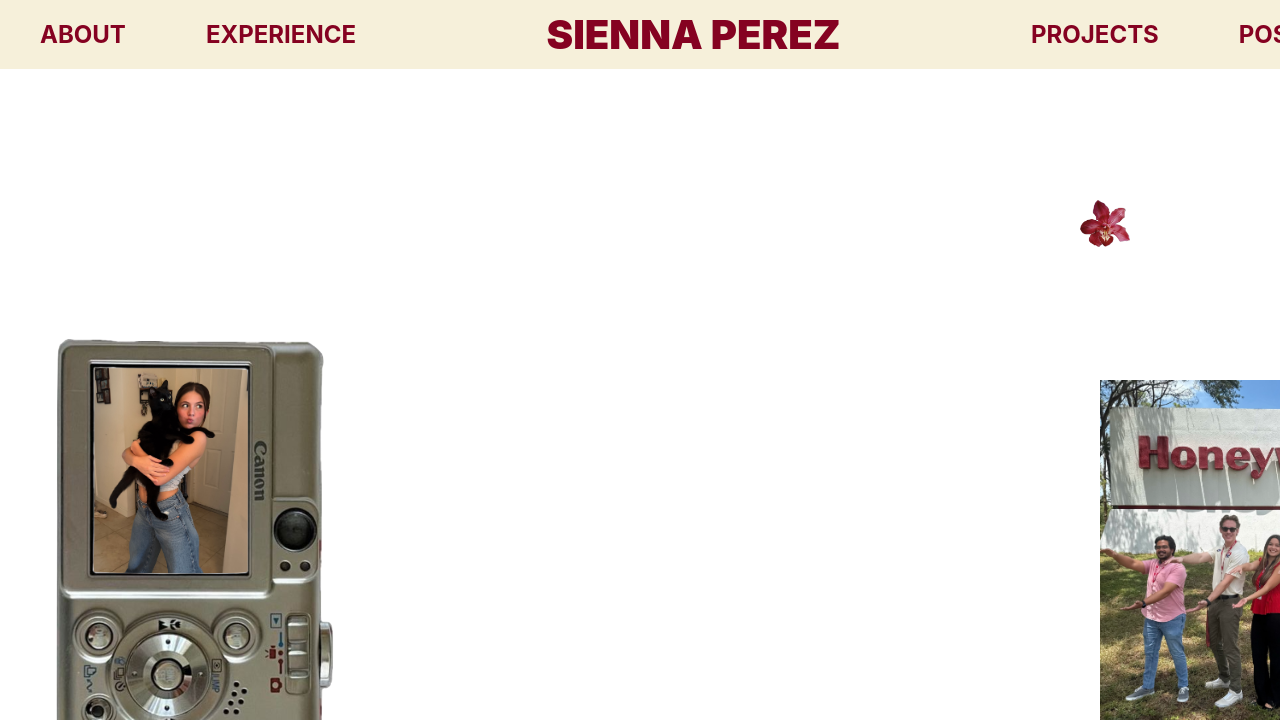
Repository: siennaperez/siennaperezweb
Page: /experience
These files come from the project's save history. The page is drawn as it stood at one moment and after the next save; the edit follows.
The browser window is 1280 px wide. The pictures show the whole page.
The project was rebuilt for these pictures with package versions that can differ from the ones it lists, and the page was loaded fresh each time. Also part of the build but not shown: src/pages/About.css, src/pages/About.js, src/pages/Experience.css, src/pages/Experience.js.

Above is the page before, as saved 2025-09-24 12:54:28.

### src/App.js
import './App.css';
import ReactDOM from "react-dom/client";
import { HashRouter, Routes, Route, Link } from "react-router-dom";
import Navbar from "./components/Navbar";
import Home from "./pages/Home";
import About from "./pages/About";
import Experience from "./pages/Experience";


function App() {
  return (
    <HashRouter>
      <Navbar />
      <Routes>
        <Route path="/" element={<Home />} />
        <Route path="/about" element={<About />} />
        <Route path="/experience" element={<Experience />} />

      </Routes>
    </HashRouter>
  );
}

export default App;

### src/App.css
.App {
  text-align: center;
}

.App-logo {
  height: 40vmin;
  pointer-events: none;
}

@media (prefers-reduced-motion: no-preference) {
  .App-logo {
    animation: App-logo-spin infinite 20s linear;
  }
}

.App-header {
  background-color: #FFFCEF;
  min-height: 100vh;
  display: flex;
  flex-direction: column;
  align-items: center;
  justify-content: center;
  font-size: calc(10px + 2vmin);
  color: white;
}

.App-link {
  color: #61dafb;
}

@keyframes App-logo-spin {
  from {
    transform: rotate(0deg);
  }
  to {
    transform: rotate(360deg);
  }
}

### src/components/Navbar.js
import "./Navbar.css";
import { NavLink } from "react-router-dom";

const Navbar = () => {
  return (
    <nav className="navbar">
      <ul className="nav-list">
        <div className="nav-left">
          <li className="nav-item">
            <NavLink to="/about">ABOUT</NavLink>
          </li>
          <li className="nav-item">
            <NavLink to="/experience">EXPERIENCE</NavLink>
          </li>
        </div>

        <div className="nav-center">
          <li className="nav-item">
            <NavLink to="/">SIENNA PEREZ</NavLink>
          </li>
        </div>

        <div className="nav-right">
          <li className="nav-item">
            <NavLink to="/projects">PROJECTS</NavLink>
          </li>
          <li className="nav-item">
            <NavLink to="/posts">POSTS</NavLink>
          </li>
        </div>
      </ul>
    </nav>
  );
};

export default Navbar;

### src/pages/Home.js
import cam from '../media/cam.png';
import orchid from '../media/orchid.png';
import redpatches from '../media/red-patches.png';
import toops from '../media/sienna_toopy.jpg';
import honeywell from '../media/honeywell_gator.JPG';


import about from '../pages/About.js'

import "./Home.css";



function Home() {
  return (
    <div className="App">
        <img src={toops} alt="toops" className="toops-img"/>;
        <img src={cam} alt="cam" className="cam-img"/>;
        <img src={orchid} alt="orchid" className="orchid-img"/>;
        <img src={redpatches} alt="redpatches" className="redpatches-img"/>;
        <img src={honeywell} alt="honeywell" className="honeywell-img"/>;


        < about />
    </div>

  );
}

export default Home;

### src/components/Navbar.css
.navbar {
  background-color: #F6F0DA;
  padding: 10px 40px;
  position: fixed;
  width: 100%;
  top: 0;
  z-index: 100;
}

.nav-list {
  display: flex;
  justify-content: space-between;
  align-items: center;
  list-style: none;
  margin: 0;
  padding: 0;
  font-weight: bold;
  font-size: 24px;
  color: #850221;
}

.nav-left,
.nav-right {
  display: flex;
  gap: 80px;
}

.nav-center {
  font-size: 40px;
  font-weight: 900;
}

.nav-item a {
  text-decoration: none;
  color: #850221;
}

### src/pages/Home.css


html, body {
  margin: 0;
  padding: 0;
  overflow: hidden;
  width: 100%;
  height: 100%;
}
#root {
  width: 100%;
  height: 100%;
  position: relative;
}

.App{
    position: relative;
}

.toops-img {
  width: 170px;
  height: auto;
  top: 360px;
  left: 80px;
  position: fixed
}

.cam-img {
  position: fixed;
  top: 150px;
  left: -50px;
  width: 450px;
  transform: rotate(90deg);
}

.orchid-img {
  position: absolute;
  top: 200px;
  right: 150px;
  width: 50px;
}

.redpatches-img {
  position: absolute;
  bottom: 50px;
  left: 50%;
  width: 10px;
  size-adjust: 1000%;
  size-adjust: 10px;
}


.honeywell-img {
  position: fixed;
  top: 380px;
  left: 1100px;
  width: 300px;
}

.wicse-img {
  position: fixed;
  top: 100px;
  left: 100px;
  width: 300px;
}

Loaded but not shown: public/index.html (common file); src/index.js (common file); src/index.css (common file); src/reportWebVitals.js (common file)

After the next save:
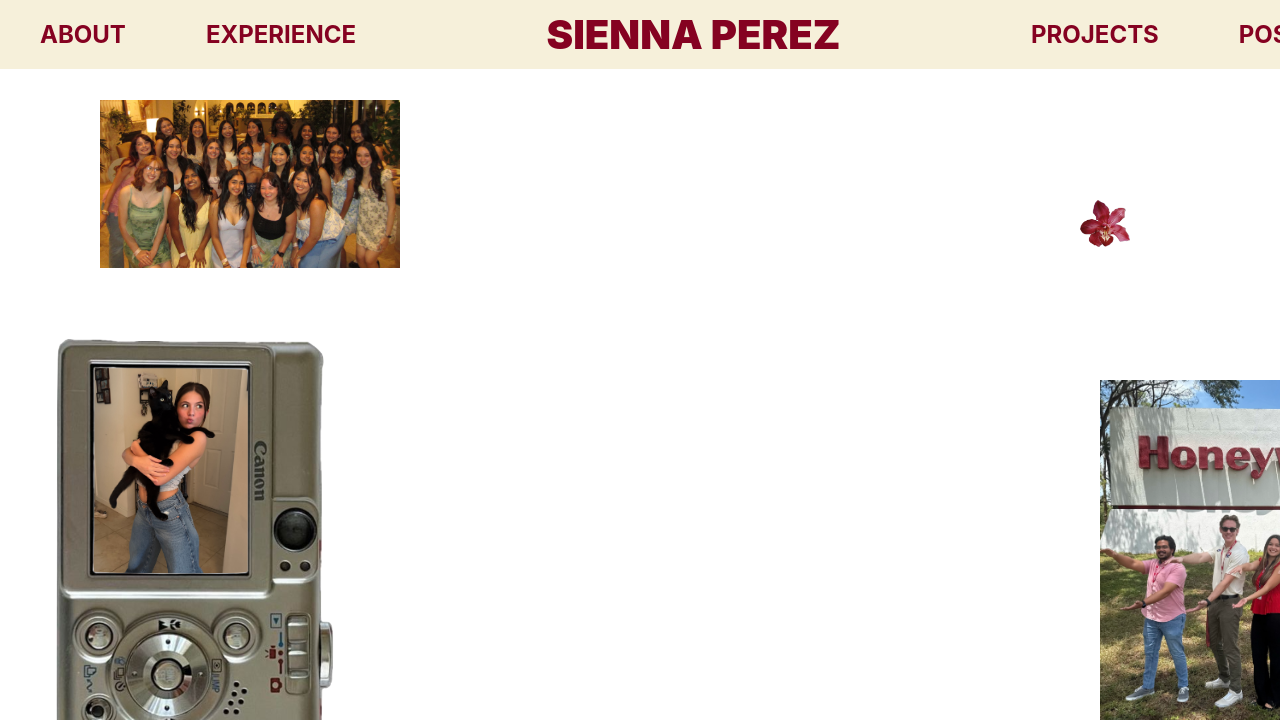
Saved 54 s later.
--- a/src/pages/Home.js
+++ b/src/pages/Home.js
@@ -3,9 +3,7 @@
 import redpatches from '../media/red-patches.png';
 import toops from '../media/sienna_toopy.jpg';
 import honeywell from '../media/honeywell_gator.JPG';
-
-
-import about from '../pages/About.js'
+import wicse from '../media/wicse.JPG';
 
 import "./Home.css";
 
@@ -19,6 +17,8 @@
         <img src={orchid} alt="orchid" className="orchid-img"/>;
         <img src={redpatches} alt="redpatches" className="redpatches-img"/>;
         <img src={honeywell} alt="honeywell" className="honeywell-img"/>;
+        <img src={wicse} alt="wicse" className="wicse-img"/>;
+
 
 
         < about />
